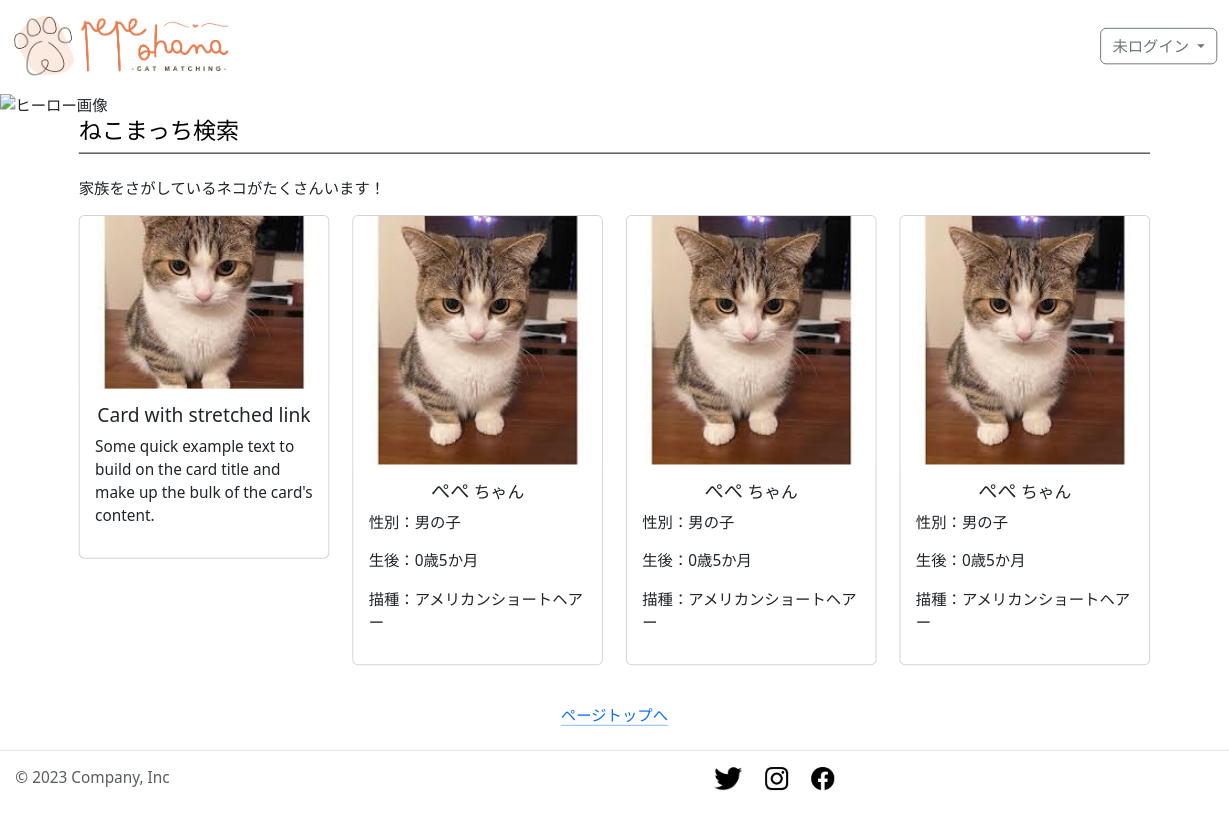
Repository: sakuwell/pepe
Page: http://localhost/PepeOhana/top.jsp
These files come from the project's save history. The page is drawn as it stood at one moment and after the next save; the edit follows.
The browser window is 1280 px wide. The pictures show the whole page, at 96% of full size.
The page is served by Tomcat 9. Other server files are loaded and not shown.

Above is the page before, as saved 2023-09-06 01:32:09.

### ExWorkSpace/PepeOhana/src/main/webapp/top.jsp
<%@ page language="java" contentType="text/html; charset=UTF-8"
    pageEncoding="UTF-8"%>
<%@ page import="model.UsersInfoDto" %>

<!DOCTYPE html>
<html lang="ja">
<head>
    <meta charset="UTF-8">
    <meta name="viewport" content="width=device-width, initial-scale=1.0">
    <!-- Bootstrap CSS -->
    <link href="https://cdn.jsdelivr.net/npm/bootstrap@5.3.0/dist/css/bootstrap.min.css" rel="stylesheet" integrity="sha384-9ndCyUaIbzAi2FUVXJi0CjmCapSmO7SnpJef0486qhLnuZ2cdeRhO02iuK6FUUVM" crossorigin="anonymous">
    <script src="https://cdn.jsdelivr.net/npm/bootstrap@5.3.0/dist/js/bootstrap.bundle.min.js" integrity="sha384-geWF76RCwLtnZ8qwWowPQNguL3RmwHVBC9FhGdlKrxdiJJigb/j/68SIy3Te4Bkz" crossorigin="anonymous"></script>
    <title>Top | pepeohana</title>
</head>

<%
    // セッションを取得
	UsersInfoDto userInfoOnSession = (UsersInfoDto)session.getAttribute("LOGIN_INFO");
	boolean isLoggedIn = false;
	String userName = "";
	//HttpSession mysession = request.getSession(true);

    // セッションが存在し、username属性もセットされている場合はログイン済み
    if (userInfoOnSession != null) {
		userName = userInfoOnSession.getUserName();
        isLoggedIn = true;
    }
%>

<body>
	<% if (isLoggedIn) { %>
    <!-- ログイン済ヘッダー -->
    <nav class="navbar navbar-expand-lg navbar-light bg-white">
        <div class="container-fluid">
            <a class="navbar-brand" href="#">
                <img src="images/pepe_ohana_logo.png" alt="ページロゴ" width="auto" height="70">
            </a>
            <div class="btn-group">
                <button type="button" class="btn btn-secondary dropdown-toggle" data-bs-toggle="dropdown" aria-expanded="false">
                    userName
                </button>
                <ul class="dropdown-menu dropdown-menu-end">
                    <li><a class="dropdown-item" href="#">マイページ</a></li>
                    <li><a class="dropdown-item" href="#">ログアウト</a></li>
                </ul>
            </div>
        </div>
    </nav>
    <!-- ログイン済ヘッダーここまで -->
    <% } else { %>
    <!-- 未ログインヘッダー -->
    <nav class="navbar navbar-expand-lg navbar-light bg-white">
        <div class="container-fluid">
          <a class="navbar-brand" href="#">
            <img src="images/pepe_ohana_logo.png" alt="ページロゴ" width="auto" height="70">
          </a>
          <div class="btn-group">
            <button type="button" class="btn btn-outline-secondary dropdown-toggle" data-bs-toggle="dropdown" aria-expanded="false">
              未ログイン
            </button>
            <ul class="dropdown-menu dropdown-menu-end">
              <li><a class="dropdown-item" href="#">ログイン</a></li>
              <li><a class="dropdown-item" href="#">新規ユーザー登録</a></li>
            </ul>
          </div>
        </div>
    </nav>
    <!-- 未ログインヘッダーここまで -->
    <% } %>


    <!-- ヒーロー画像 -->
    <img src="#" class="img-fluid" alt="ヒーロー画像">

    <!-- ここから下　ページごとの内容 -->
    <div>
        <!-- 検索フォームゾーン -->
        <div class="container">
            <div class="h4 pb-2 mb-4 text-black border-bottom border-black">
                ねこまっち検索
            </div>
                <p>家族をさがしているネコがたくさんいます！</p>
            <!-- 猫カード -->
            <div class="row">
 				<!-- カードのコンテンツ -->
               <!-- カードのコンテンツ -->
               <div class="col-6 col-md-4 col-lg-3">
                    <div class="card mb-3">
                        <img src="images/cat_1.jpg" style="height:180px; width: 100%; object-fit: cover;" class="card-img-top" alt="猫画像">
                        <div class="card-body">
                            <h5 class="card-title text-center">Card with stretched link</h5>
                            <p class="card-text text-right">Some quick example text to build on the card title and make up the bulk of the card's content.</p>
                            <div class="d-flex justify-content-center">
                                <a href="#" class="stretched-link"></a>
                            </div>
                        </div>
                    </div>
                </div>
 				<!-- カードのコンテンツ -->
                <div class="col-6 col-md-4 col-lg-3">
                    <div class="card mb-3">
                        <img src="images/ねこ_1.jpg" class="card-img-top" alt="猫画像" style="width:100%">
                        <div class="card-body">
                            <h5 class="card-title text-center">ぺぺ<small> ちゃん</small></h5>
                            <p class="card-text text-right">性別：男の子</p>
                            <p class="card-text text-right">生後：0歳5か月</p>
                            <p class="card-text text-right">描種：アメリカンショートヘアー</p>
                            <div class="d-flex justify-content-center">
                                <a href="#" class="stretched-link"></a>
                            </div>
                        </div>
                    </div>
                </div>
				<!-- カードのコンテンツ -->
                <div class="col-6 col-md-4 col-lg-3">
                    <div class="card mb-3">
                        <img src="images/ねこ_1.jpg" class="card-img-top" alt="猫画像" style="width:100%">
                        <div class="card-body">
                            <h5 class="card-title text-center">ぺぺ<small> ちゃん</small></h5>
                            <p class="card-text text-right">性別：男の子</p>
                            <p class="card-text text-right">生後：0歳5か月</p>
                            <p class="card-text text-right">描種：アメリカンショートヘアー</p>
                            <div class="d-flex justify-content-center">
                                <a href="#" class="stretched-link"></a>
                            </div>
                        </div>
                    </div>
                </div>
                <!-- カードのコンテンツ -->
                <div class="col-6 col-md-4 col-lg-3">
                    <div class="card mb-3">
                        <img src="images/ねこ_1.jpg" class="card-img-top" alt="猫画像" style="width:100%">
                        <div class="card-body">
                            <h5 class="card-title text-center">ぺぺ<small> ちゃん</small></h5>
                            <p class="card-text text-right">性別：男の子</p>
                            <p class="card-text text-right">生後：0歳5か月</p>
                            <p class="card-text text-right">描種：アメリカンショートヘアー</p>
                            <div class="d-flex justify-content-center">
                                <a href="#" class="stretched-link"></a>
                            </div>
                        </div>
                    </div>
                </div>
            </div>
        </div>
    </div>
    <!-- ここまで　ページごとの内容 -->

    <!-- フッター -->
    <div class="text-center mt-4">
        <a class="icon-link icon-link-hover" href="#">
            ページトップへ
        </a>
    </div>
    <footer class="d-flex flex-wrap justify-co
    ntent-between align-items-center py-3 my-4 border-top">
        <div class="col-md-4 d-flex align-items-center ms-3">
          <span class="mb-3 mb-md-0 text-body-secondary">© 2023 Company, Inc</span>
        </div>

        <ul class="nav col-md-4 justify-content-end list-unstyled d-flex me-3">
            <li><a href="#"><img src=images/twitter_logo.png width="auto" height="24"></a></li>
            <li class="ms-4"><a href="#"><img src=images/insta_logo.png width="auto" height="24"></a></li>
            <li class="ms-4"><a href="#"><img src=images/facebook_logo.png width="auto" height="24"></a></li>
        </ul>
    </footer>
    <!-- フッター　ここまで -->

</body>
</html>

After the next save:
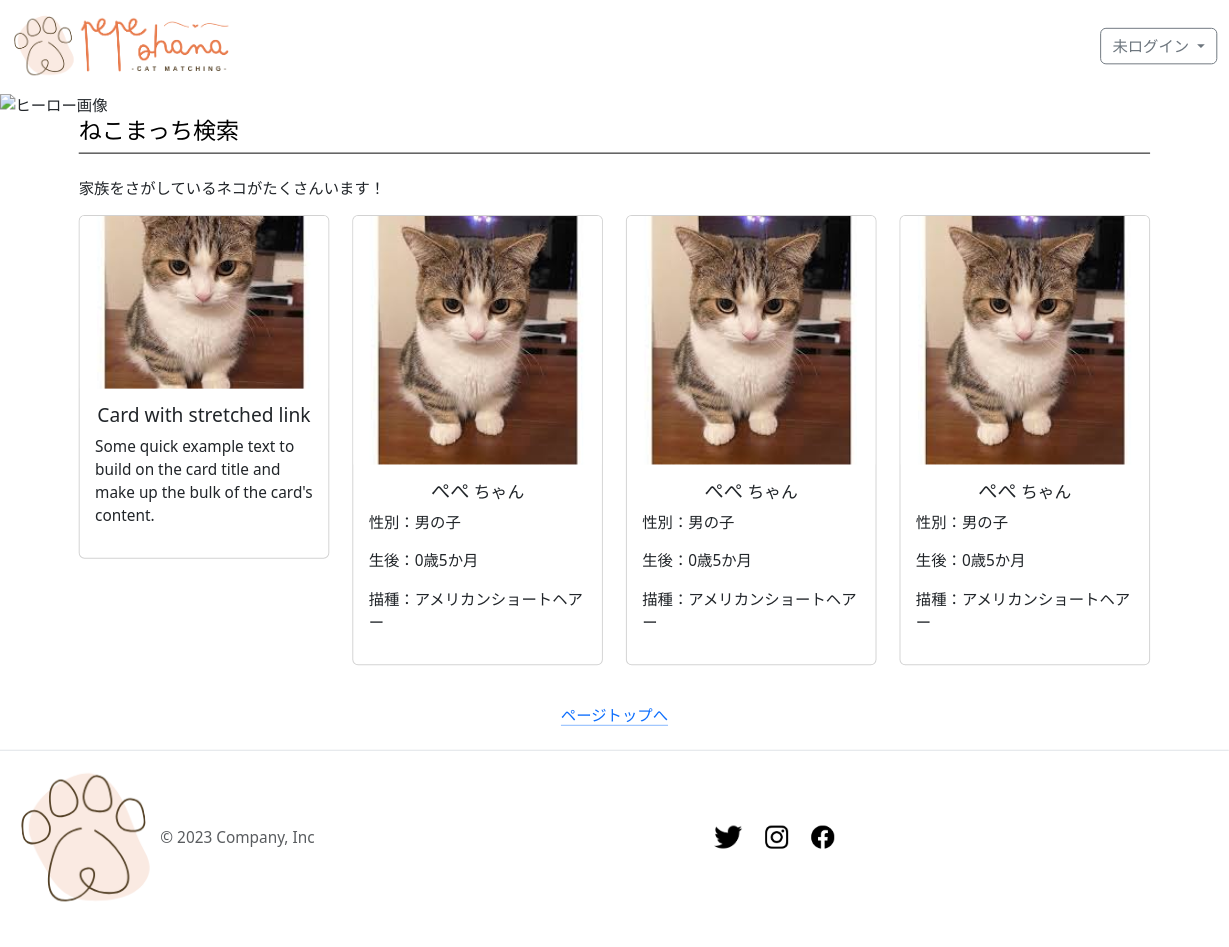
Saved 6 min 53 s later.
--- a/ExWorkSpace/PepeOhana/src/main/webapp/top.jsp
+++ b/ExWorkSpace/PepeOhana/src/main/webapp/top.jsp
@@ -155,7 +155,8 @@
     <footer class="d-flex flex-wrap justify-co
     ntent-between align-items-center py-3 my-4 border-top">
         <div class="col-md-4 d-flex align-items-center ms-3">
-          <span class="mb-3 mb-md-0 text-body-secondary">© 2023 Company, Inc</span>
+        	<a><img alt="ロゴ画像" src="images/nikukyu_logo.png"></a>
+          	<span class="mb-3 mb-md-0 text-body-secondary">© 2023 Company, Inc</span>
         </div>
 
         <ul class="nav col-md-4 justify-content-end list-unstyled d-flex me-3">
